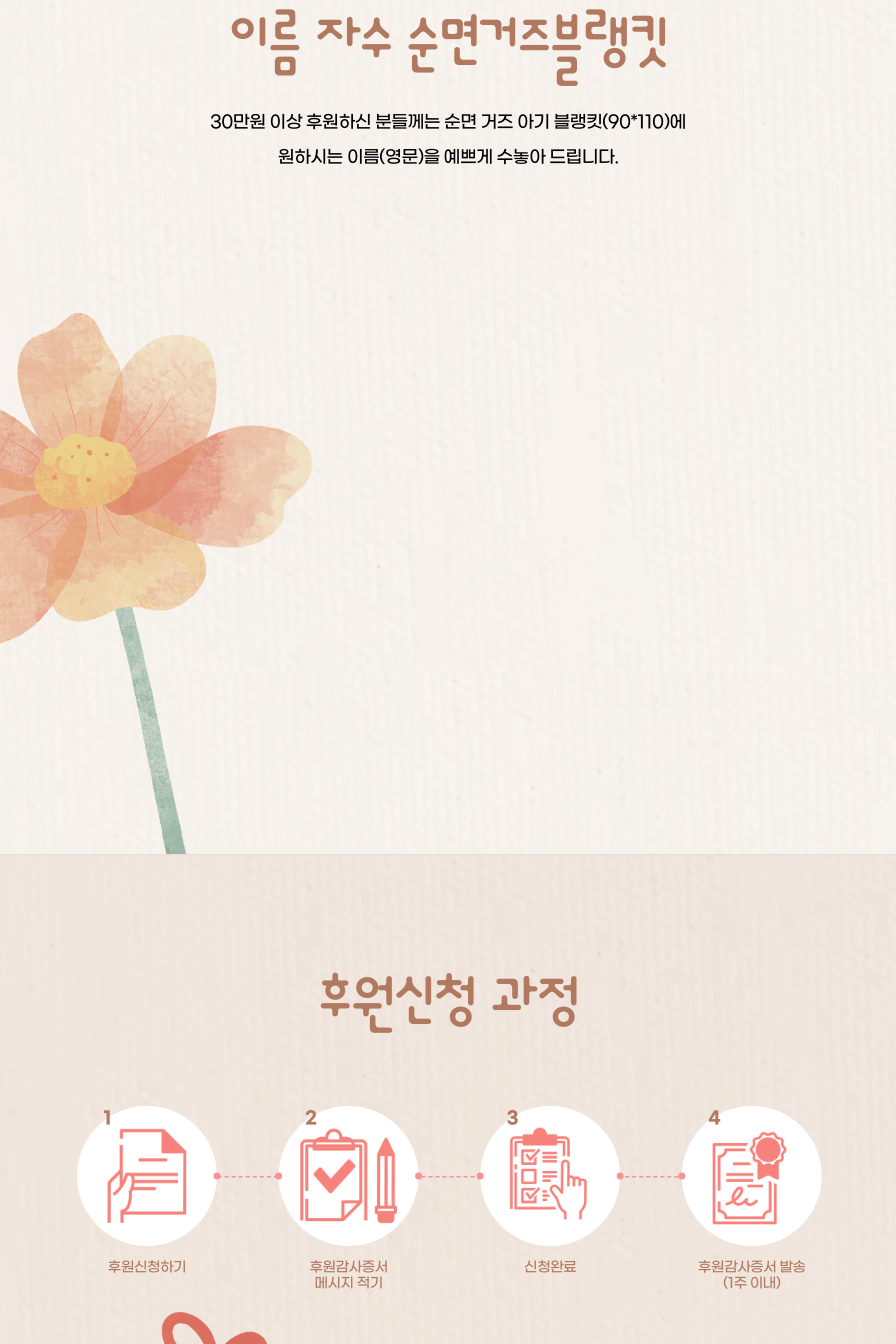
Repository: dlgywls1130/save_the_children
Page: index.html
The author's editor kept a copy of each file at every save. The page is drawn from the files as they stood at one save, then again after the next save.
The browser window is 1280 px wide. The pictures show the part of the page from y = 3880 to 5800 px (the page is 6880 px tall), at 70% of full size.

Above is the page before, as saved 2023-12-13 11:05:55.

### index.html
<!DOCTYPE html>
<html lang="en">
<head>
    <meta charset="UTF-8">
    <meta name="viewport" content="width=device-width, initial-scale=1.0">
    <title>세이브더칠드런</title>

    <link rel="stylesheet" href="./css/reset.css">
    <link rel="stylesheet" href="./css/style.css">
</head>
<body>
    <div class="content_body">
        <section class="section_wrapper section01">
            <div class="se01 se_wrapper">
                <div class="se01_sub">
                    <div class="sub_logo">
                        <img src="./img/logo01.png" alt="logo">
                    </div>
                    <p>우리 아기 좋은 날 기부</p>
                </div>
                <p class="seo01_title">
                    아가야,
                </p>
                <p class="seo01_title_two">
                    너의 <span>탄생</span> 순간을 축하해!
                </p>
                <p class="section_descript mb-45">
                    처음 아기의 심장 소리를 들었던 순간,
                    <br>여린 아가의 성장이 실감나던 배냇짓,
                    <br>기적 같았던 백일,
                    <br>그리고 아이의 첫 생일인 첫돌...
                </p>
                <p class="section_descript">
                    아이의 건강과 행복을 바라는 마음을 담아,
                    <br>내 아이의 소중한 순간을 기부로 기념해보세요.
                    <br>함께 자라나는 다른 아이들에게도 큰 축복이 됩니다.
                </p>

                <a class="donation_link" href="javascript:void(0)">우리 아기 좋은 날 기부</a>
            </div>
        </section>
        <section class="section_wrapper section02">
            <div class="se02 se_wrapper">
                <div class="postit_wrapper">
                    <div class="postit postit01">
                        <p>우리 아들 우현이의<br>
                        200일을 축하해.<br>
                        건강하게 자라줘서 고마워 ❤<br>
                        늘 사랑받고 받은 사랑만큼<br>
                        베풀 수 있는 건강하고<br>
                        멋진 아들이 되길 바래!</p>
                    </div>
                    <div class="postit postit02">
                        <p>우리 새로아<Br>
                        백일 동안 무럭무럭 자라줘서<Br>
                        고마워~앞으로도 건강하고<Br>
                        우리 같이 재미있게 많이 놀자.<Br>
                        엄마,아빠가 많이 사랑해.</p>
                    </div>
                    <div class="postit postit03">
                        <p>서진아<br>
                        우리에게 와줘서 고마워<br>
                        건강하고 행복하게 자라렴.<br>
                        사랑해♡      </p>
                    </div>
                    <div class="postit postit04">
                        <p>보미야<br>
                        첫 번째 생일 축하해<br>
                        너의 존재가 온 세상에<br>
                        봄이길 바랄게!   </p>
                    </div>
                    <div class="postit postit05">
                        <p>사랑하는 도현이의<br>
                        첫 어린이날과 첫돌을<br>
                        기념하며, <br>
                        이웃을 사랑하는<br>
                        멋진 사람으로 자라길</p>

                    </div>
                </div>
                <p class="ex_text">*소개한 사연은 모두 실제 사연입니다.</p>

            </div>
        </section>
        <section class="section_wrapper section03">
            <div class="se_wrapper se03">
                <div class="se_title_co">
                    아기의 좋은 날을 기념해 주신 모든 분들께
                    <br>후원감사증서를 보내드립니다.
                </div>
                <div class="se_sub_co">
                    후원감사증서는 아기에게 남기고 싶은 메시지와 아기의 좋은 날이 담긴 사진을 보관할 수 있도록
                    <br>만들어드립니다. 먼 훗날, 아기가 성장해 읽게 될 날을 그리며 편지를 써보세요.
                </div>
            </div>

        </section>
        <section class="section_wrapper section04">
            <div class="se_wrapper se04">
                <div class="se_title_co">
                    이름 자수 순면거즈블랭킷
                </div>
                <div class="se_sub_co">
                    30만원 이상 후원하신 분들께는 순면 거즈 아기 블랭킷(90*110)에
                    <Br>원하시는 이름(영문)을 예쁘게 수놓아 드립니다.
                </div>

                <div class="se04_slide">
                    <div class="se04_slide_list">
                        <img src="">
                    </div>
                    <div class="se04_slide_list">
                        <img src="">
                    </div>
                    <div class="se04_slide_list">
                        <img src="">
                    </div>
                </div>
            </div>
        </section>
        <section class="section_wrapper section05">
            <div class="se_wrapper se05">
                <div class="se_title_co">
                    후원신청 과정
                </div>

                <div class="se_step_list">
                    <div class="se_step">
                        <p class="step_number">1</p>
                        <div class="step_ico">
                            <img src="./img/icon01.png" alt="img">
                        </div>
                        <p class="step_descript">
                            후원신청하기
                        </p>
                    </div>
                    <div class="se_step">
                        <p class="step_number">2</p>
                        <div class="step_ico">
                            <img src="./img/icon02.png" alt="img">
                        </div>
                        <p class="step_descript">
                            후원감사증서
                            <br>메시지 적기
                        </p>
                    </div>
                    <div class="se_step">
                        <p class="step_number">3</p>
                        <div class="step_ico">
                            <img src="./img/icon03.png" alt="img">
                        </div>
                        <p class="step_descript">
                            신청완료
                        </p>
                    </div>
                    <div class="se_step">
                        <p class="step_number">4</p>
                        <div class="step_ico">
                            <img src="./img/icon04.png" alt="img">
                        </div>
                        <p class="step_descript">
                            후원감사증서 발송
                            <Br>(1주 이내)
                        </p>
                    </div>
                </div>

                <div class="se_sub_co mt-100">
                    30만원 이상 후원해 주신 경우,
                    <br>감사 선물 수령 주소 및 아기 블랭킷에 새겨질 문구 확인을 위한 문자가 발송됩니다.
                </div>

                <a class="donation_link" href="javascript:void(0)">우리 아기 좋은 날 기부</a>
            </div>

        </section>
        <section class="section_wrapper section06">
            <div class="se_wrapper se06">
                <div class="se_title_co">
                    후원금, 이렇게 쓰여요!
                </div>
                <div class="se_sub_co">
                    세이브더칠드런은 <span>국내외 아동을 위한 교육,
                    <Br>보호, 보건영양지원, 아동권리옹호</span> 등의 활동을 해나가고 있습니다.
                </div>
                <div class="se_sub_co">
                    보내주신 후원금은 정치, 종교, 인종에 관계없이 모든 아이를 구해야 한다는
                    <Br>세이브더칠드런의 신념에 따라 <span>가장 도움 필요한 아이를 위해 우선 사용</span>됩니다.
                </div>
            </div>

        </section>
        <section class="section_wrapper section07">

        </section>
        <section class="section_wrapper section08">

        </section>
    </div>
</body>
</html>

### css/reset.css


html, body, div, span, applet, object, iframe,
h1, h2, h3, h4, h5, h6, p, blockquote, pre,
a, abbr, acronym, address, big, cite, code,
del, dfn, em, img, ins, kbd, q, s, samp,
small, strike, strong, sub, sup, tt, var,
b, u, i, center,
dl, dt, dd, ol, ul, li,
fieldset, form, label, legend,
table, caption, tbody, tfoot, thead, tr, th, td,
article, aside, canvas, details, embed,
figure, figcaption, footer, header, hgroup,
menu, nav, output, ruby, section, summary,
time, mark, audio, video {
	margin: 0;
	padding: 0;
	border: 0;
	font-size: 100%;
	font: inherit;
	vertical-align: baseline;
}

article, aside, details, figcaption, figure,
footer, header, hgroup, menu, nav, section {
	display: block;
}
body {
	line-height: 1;
}
ol, ul {
	list-style: none;
}
blockquote, q {
	quotes: none;
}
blockquote:before, blockquote:after,
q:before, q:after {
	content: '';
	content: none;
}
table {
	border-collapse: collapse;
	border-spacing: 0;
}

### css/style.css

/* root */
:root{
    --main-color:#B17A60;
    --pink-color:#F79497;
}


/* font */

/* dongle */
@font-face {
    font-family: 'Dongle';
    font-weight: 300;
    src: url('../font/Dongle-Light.ttf') format('ttf'),
    url('../font/Dongle-Light.woff') format('woff');
}

@font-face {
    font-family: 'Dongle';
    font-weight: 500;
    src: url('../font/Dongle-Regular.ttf') format('ttf'),
    url('../font/Dongle-Regular.woff') format('woff');
}

@font-face {
    font-family: 'Dongle';
    font-weight: 700;
    src: url('../font/Dongle-Bold.ttf') format('ttf'),
    url('../font/Dongle-Bold.woff') format('woff');
}


/* Gmarket */
@font-face {
    font-family: 'GmarketSans';
    font-weight: 300;
    src: url('../font/GmarketSansLight.ttf') format('ttf'),
    url('../font/GmarketSansLight.woff') format('woff');
}

@font-face {
    font-family: 'GmarketSans';
    font-weight: 500;
    src: url('../font/GmarketSansMedium.ttf') format('ttf'),
    url('../font/GmarketSansMedium.woff') format('woff');
}

@font-face {
    font-family: 'GmarketSans';
    font-weight: 700;
    src: url('../font/GmarketSansBold.ttf') format('ttf'),
    url('../font/GmarketSansBold.woff') format('woff');
}


/* nanumsqure */

@font-face {
    font-family: 'NanumSquare';
    font-weight: 400;
    src: url('../font/NanumSquareL.ttf') format('ttf'),
    url('../font/NanumSquareL.woff') format('woff');
}

@font-face {
    font-family: 'NanumSquare';
    font-weight: 500;
    src: url('../font/NanumSquareR.ttf') format('ttf'),
    url('../font/NanumSquareR.woff') format('woff');
}

@font-face {
    font-family: 'NanumSquare';
    font-weight: 600;
    src: url('../font/NanumSquareB.ttf') format('ttf'),
    url('../font/NanumSquareB.woff') format('woff');
}

@font-face {
    font-family: 'NanumSquare';
    font-weight: 700;
    src: url('../font/NanumSquareEB.ttf') format('ttf'),
    url('../font/NanumSquareEB.woff') format('woff');
}



/* scdream5 */
@font-face {
    font-family: 'SCDream5';
    src: url('../font/SCDream5.woff') format('woff'),
    url('../font/SCDream5.ttf') format('ttf'),
    url('../font/SCDream5.otf') format('otf');
}


.section_wrapper{
    max-width:1920px;
    width: 100%;

}

.se_wrapper{
    max-width: 1060px;
    margin: 0 auto;
    width: 100%;
    position: relative;
}


/* common */
.mb-45{margin-bottom: 45px;}
.mt-100{margin-top: 100px!important;}

/* section01 */


.section01{
    background: url('../img/back01.jpg') no-repeat;
    height: 1080px;

}

.se01{
    padding: 230px 0 70px;
    box-sizing: border-box;
}
.se01_sub{

    display: flex;
    align-items: center;
    margin-bottom: 30px;
}

.sub_logo{
    width: 198px;
    height: 65px;
    margin-right: 15px;
}

.sub_logo img{
    width: 100%;
    height: 100%;
    object-fit: contain;
}

.se01_sub p{
    width: 302px;
    height: 52px;
    background: #B17A60;
    border-radius: 20px;
    display: flex;
    align-items: center;
    justify-content: center;
    letter-spacing: -0.03em;
    font-size: 25px;
    font-weight: 700;
    font-family: 'GmarketSans',sans-serif;
    color: #fff;
}

.seo01_title{
    font-family: 'Dongle',sans-serif;
    font-weight: 500;
    font-size: 150px;
    color: var(--main-color);
    letter-spacing: -0.03em;
}

.seo01_title_two{
    font-family: 'Dongle',sans-serif;
    font-weight: 500;
    font-size: 120px;
    color: var(--main-color);
    letter-spacing: -0.03em;
    margin-top: -4%;
    margin-bottom: 50px;
}

.section_descript{
    font-size: 25px;
    line-height: 35px;
    font-family: 'GmarketSans';
    font-weight: 500;
    letter-spacing: -0.03em;
    color: #000;
}

.donation_link{
    width: 560px;
    height: 75px;
    border-radius: 100px;
    display: flex;
    align-items: center;
    justify-content: center;
    background: var(--pink-color);
    color: #fff;
    font-family: 'GmarketSans';
    font-size: 35px;
    font-weight: 700;
    letter-spacing: -0.03em;
    text-decoration: none;
    margin: 45px auto 0;
}
/* section02 */

.section02{
    height: 1340px;
    background: url('../img/back03.jpg') no-repeat;
}

.se02{
    padding: 76px 0 96px;
    box-sizing: border-box;
    height: 100%;
}
.postit_wrapper{
    width: 100%;
    position: relative;
    height: 1123px;
}

.ex_text{
    font-family: 'GmarketSans';
    font-size: 20px;
    font-weight: 500;
    letter-spacing: -0.03em;
}

.postit {
    position: absolute;
}
.postit p{
    font-family: 'SCDream5';
    font-size: 23px;
    line-height: 35px;
    text-align: center;
    display: flex;
    justify-content: center;
    align-items: center;
    height: 100%;
}

.postit01{
    background:url('../img/post04.png') no-repeat;
    width: 438px;
    height: 438px;
    background-size: contain;
    box-sizing: border-box;
    left: 64px;
    top: 0;

}

.postit01 p{
    transform: rotate(358deg);
    padding-top: 20px;
}

.postit02{
    background: url('../img/post05.png') no-repeat;
    width: 450px;
    height: 450px;
    background-size: contain;
    box-sizing: border-box;
    top: 0;
    right: 0;

}

.postit02 p{
    transform: rotate(10deg);
    padding-top: 20px;
}

.postit03{
    background:url('../img/post02.png') no-repeat;
    width: 400px;
    height: 400px;
    background-size: contain;
    box-sizing: border-box;
    left: 0;
    top: 31%;
    z-index: 1;
}

.postit03 p{
    transform: rotate(7deg);
    padding-top: 20px;
}

.postit04{
    background: url(../img/post03.png) no-repeat;
    width: 380px;
    height: 380px;
    background-size: cover;
    box-sizing: border-box;
    top: 39%;
    right: 0;
}

.postit04 p{
    transform: rotate(354deg);
}

.postit05{
    background:url('../img/post01.png') no-repeat;
    width: 390px;
    height: 390px;
    background-size: contain;
    box-sizing: border-box;
    top: 58%;
    left: -13px;
}

.postit05 p{
    transform: rotate(-9deg);
    padding-top: 20px;
}

/* section03 */

.section03{
    height: 1340px;
    background: url('../img/back04.jpg') no-repeat;
}

.se03{
    padding: 99px 0 96px;
    box-sizing: border-box;
    height: 100%;
}


.se_title_co{
    font-size: 120px;
    line-height: 120px;
    letter-spacing: -0.03em;
    font-family: 'Dongle';
    font-weight: 500;
    color: var(--main-color);
    text-align: center;
}

.se_sub_co{
    font-size: 25px;
    letter-spacing: -0.03em;
    line-height: 50px;
    font-family: 'GmarketSans';
    font-weight: 500;
    text-align: center;
    margin-top: 30px;
}

/* section04 */

.section04{
    height: 1340px;
    background: url('../img/back05.jpg') no-repeat;
}

.se04{
    padding: 120px 0 130px;
    box-sizing: border-box;
    height: 100%;
}

/* section05 */
.section05{
    height: 1080px;
    background: url('../img/back07.jpg') no-repeat;
}

.se05{
    padding: 150px 0 140px;
    box-sizing: border-box;
    height: 100%;
}

.se_step_list{
    display: flex;
    align-content: center;
    column-gap: 88px;
    margin-top: 90px;
    position: relative;
}

.se_step_list::after{
    position: absolute;
    content: '';
    top: 38%;
    transform: translate(0,-50%);
    border-top: 2px dashed var(--pink-color);
    width: 100%;
}

.se_step_list .se_step{
    position: relative;
}

.step_number{
    font-size: 25px;
    letter-spacing: -0.03em;
    line-height: 35px;
    font-weight: 700;
    font-family: 'GmarketSans';
    position: absolute;
    left: 19%;
    top: 0;
    color: var(--main-color);
    z-index: 2;
}

.se_step_list .se_step .step_ico{
    width: 200px;
    height: 200px;
    border-radius: 50%;
    background-color: #fff;
    display: flex;
    align-items: center;
    justify-content: center;
    position: relative;
    z-index: 1;
}

.se_step_list .se_step .step_ico img {
    width: 138px;
    height: 138px;
}

.step_descript{
    font-size: 20px;
    letter-spacing: -0.03em;
    line-height: 23px;
    font-weight: 500;
    font-family: 'GmarketSans';
    text-align: center;
    margin-top: 20px;
    color: var(--main-color);
}

.se_step_list .se_step:first-child .step_ico::before{
    display: none;
}

.se_step_list .se_step:last-child .step_ico::after{
    display: none;
}

.se_step_list .step_ico::before{
    position: absolute;
    content: '';
    top: 50%;
    left: -5px;
    transform: translate(0,-50%);
    width: 10px;
    height: 10px;
    border-radius: 50%;
    background-color: var(--pink-color);
}


.se_step_list .step_ico::after{
    position: absolute;
    content: '';
    top: 50%;
    right: -5px;
    transform: translate(0,-50%);
    width: 10px;
    height: 10px;
    border-radius: 50%;
    background-color: var(--pink-color);
}

/* section06 */
.section06{
    height:700px;
    background: url('../img/back06.jpg') no-repeat;
}

.se06{
    padding: 150px 0;
    height: 100%;
    box-sizing: border-box;
}


.se_sub_co span{
    font-weight: 700;
}
/* section07 */

/* section08 */

After the next save:
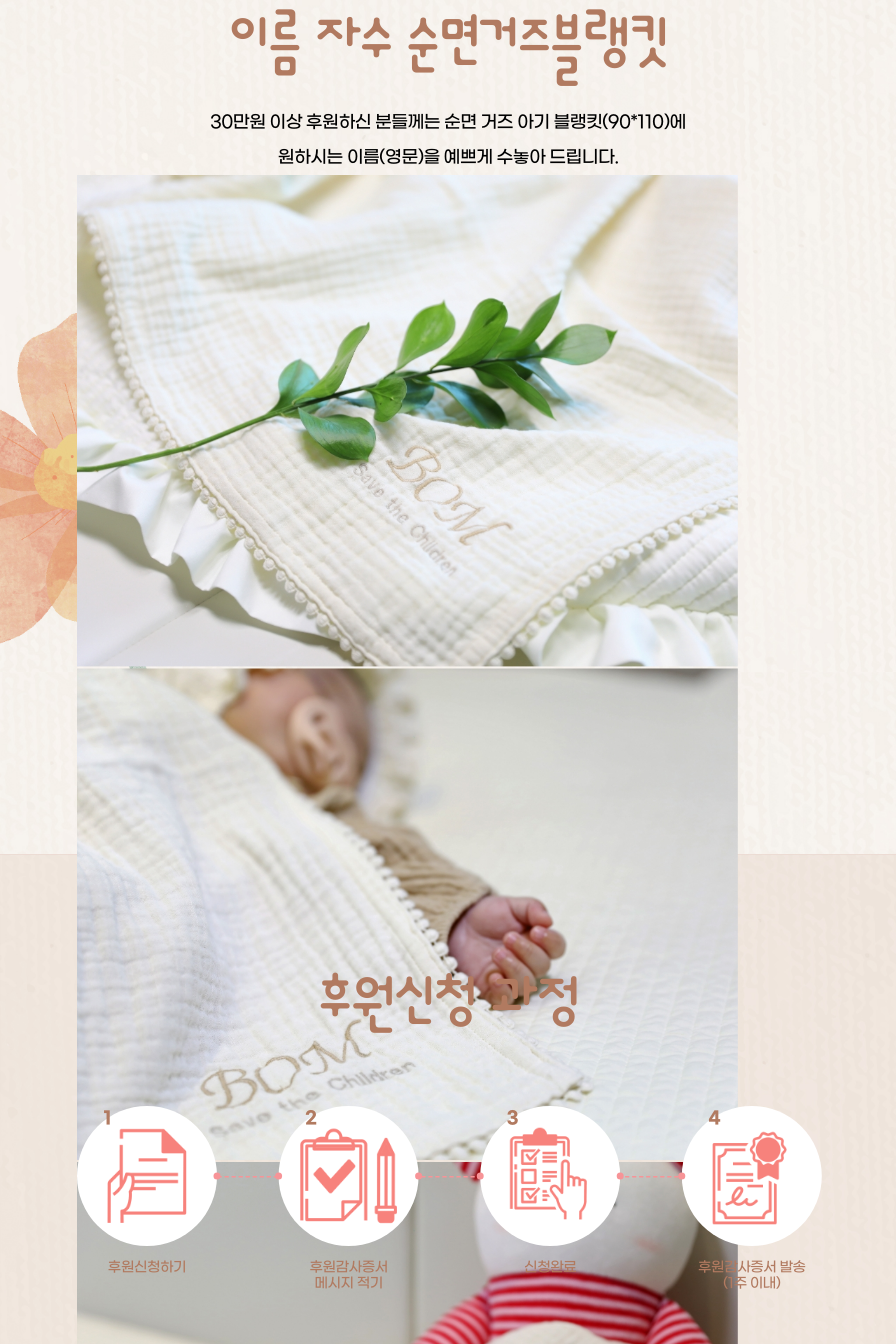
Saved 3 min 36 s later.
--- a/index.html
+++ b/index.html
@@ -107,13 +107,13 @@
 
                 <div class="se04_slide">
                     <div class="se04_slide_list">
-                        <img src="">
+                        <img src="./img/slide01.jpg">
                     </div>
                     <div class="se04_slide_list">
-                        <img src="">
+                        <img src="./img/slide02.jpg">
                     </div>
                     <div class="se04_slide_list">
-                        <img src="">
+                        <img src="./img/slide03.jpg">
                     </div>
                 </div>
             </div>
